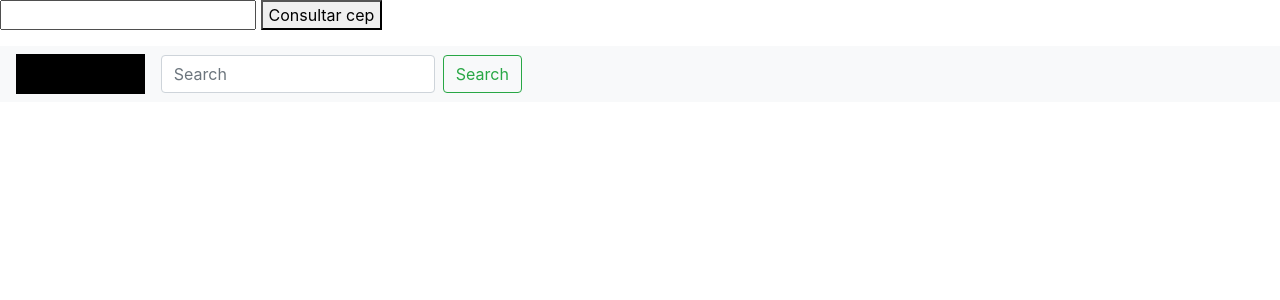
Repository: DaniloBaracho/jquery
Page: index.html
The author's editor kept a copy of each file at every save. The page is drawn from the files as they stood at one save, then again after the next save.
The browser window is 1280 px wide. The pictures show the whole page.

Above is the page before, as saved 2020-06-19 18:05:33.
Console error: SyntaxError: Unexpected token '.'

After the next save:
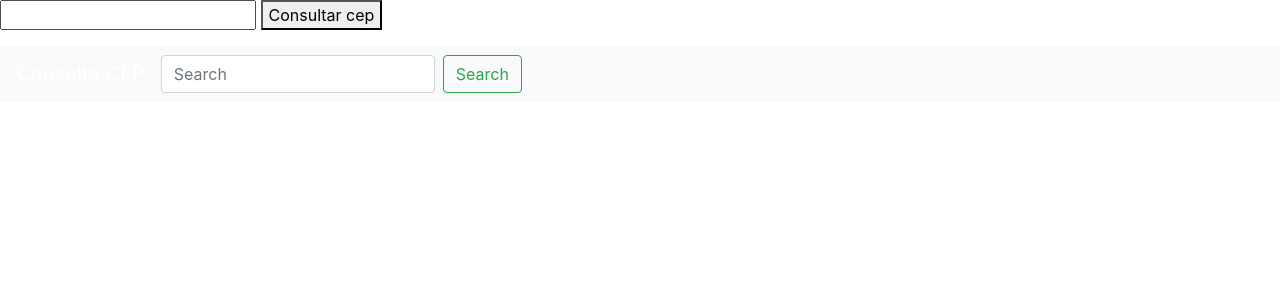
Saved 2 min 17 s later.
--- a/index.html
+++ b/index.html
@@ -18,7 +18,7 @@
         <p id="uf"></p>
         <p id="localidade"></p>
         <nav class="navbar navbar-expand-lg navbar-light bg-light">
-            <a class="navbar-brand text-custom">Consulta CEP</a>
+            <a class="navbar-brand text-white">Consulta CEP</a>
               <form class="form-inline my-2 my-lg-0">
                 <input class="form-control mr-sm-2" type="search" placeholder="Search" aria-label="Search">
                 <button class="btn btn-outline-success my-2 my-sm-0" type="submit">Search</button>
